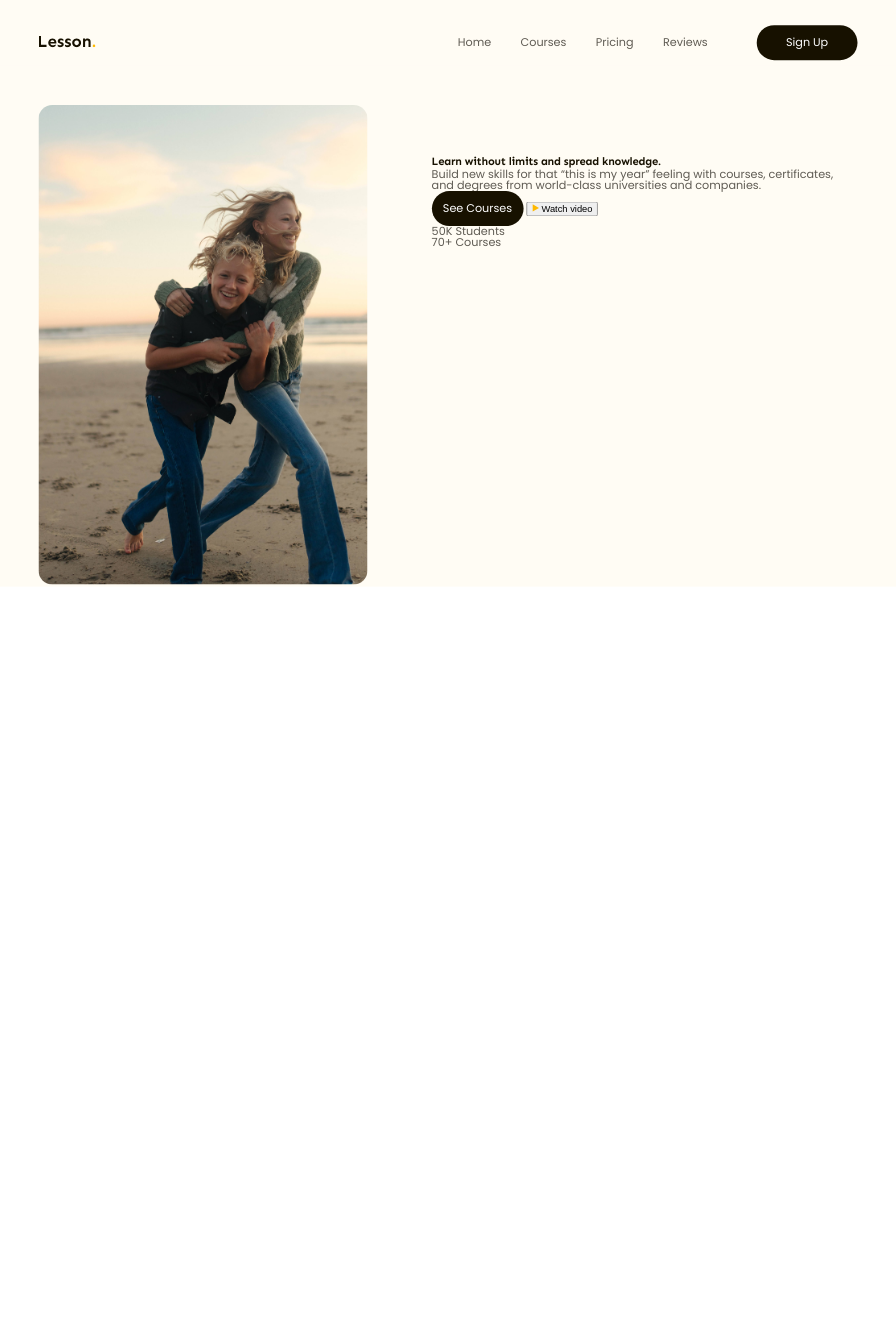
Repository: tinhtranjp/htmlcss-01
Page: index.html
The author's editor kept a copy of each file at every save. The page is drawn from the files as they stood at one save, then again after the next save.
The browser window is 1280 px wide. The pictures show the part of the page from y = 0 to 1920 px (the page is 5000 px tall), at 70% of full size.

Above is the page before, as saved 2023-01-20 05:12:18.

### index.html
<!DOCTYPE html>
<html lang="en">
  <head>
    <meta charset="UTF-8" />
    <meta http-equiv="X-UA-Compatible" content="IE=edge" />
    <meta name="viewport" content="width=device-width, initial-scale=1.0" />
    <title>Project-01</title>
    <link rel="stylesheet" href="./assets/css/reset.css" />
    <link rel="stylesheet" href="./assets/css/base.css" />
    <link rel="stylesheet" href="./assets/css/styles.css" />
    <link rel="preconnect" href="https://fonts.googleapis.com" />
    <link rel="preconnect" href="https://fonts.gstatic.com" crossorigin />
    <link
      href="https://fonts.googleapis.com/css2?family=Poppins:ital,wght@0,400;0,500;0,600;0,700;1,400&family=Sen:wght@700&display=swap"
      rel="stylesheet"
    />
  </head>
  <body>
    <div class="main" style="height: 5000px">
      <!-- Header -->
      <header class="header fixed">
        <div class="content">
          <div class="body">
            <a href=""
              ><img src="./assets/img/Lesson..svg" alt="Lesson." class="logo"
            /></a>

            <nav class="nav">
              <ul class="nav-list">
                <li class="nav-item">
                  <a href="#!">Home</a>
                </li>
                <li class="nav-item">
                  <a href="#!">Courses</a>
                </li>
                <li class="nav-item">
                  <a href="#!">Pricing</a>
                </li>
                <li class="nav-item">
                  <a href="#!">Reviews</a>
                </li>
              </ul>
            </nav>

            <div class="acction">
              <a href="#!" class="btn acction-btn">Sign Up</a>
            </div>
          </div>
        </div>
      </header>

      <!-- Hero -->
      <div class="hero">
        <div class="content">
          <div class="body">
            <div class="media">
              <img
                src="./assets/img/hero-img.jpg"
                alt="Learn without limits and spread knowledge."
                class="img-media"
              />
            </div>
            <div class="info">
              <h1 class="title">Learn without limits and spread knowledge.</h1>
              <p class="desc">
                Build new skills for that “this is my year” feeling with
                courses, certificates, and degrees from world-class universities
                and companies.
              </p>
              <div class="accition">
                <a href="" class="btn">See Courses</a>
                <button>
                  <img src="./assets/img/Polygon 2.svg" alt="" />
                  <span>Watch video</span>
                </button>
              </div>
              <p class="desc"></p>
              <p class="qty"><strong>50K</strong> Students</p>
              <p class="qty"><strong>70+</strong> Courses</p>
            </div>
          </div>
        </div>
      </div>
    </div>
  </body>
</html>

### assets/css/base.css
* {
  box-sizing: border-box;
}

:root {
  --primary-color: #ffb900;
}

html {
  font-size: 62.5%;
}

body {
  font-size: 1.6rem;
  font-family: "Poppins", sans-serif;
  font-weight: 400;
  color: #5f5b53;
}

.content {
  width: 1170px;
  max-width: calc(100% - 48px);
  margin-left: auto;
  margin-right: auto;
}

h1,
h2 {
  font-family: "Sen", sans-serif;
  font-weight: 700;
}

.text-line2 {
  display: -webkit-box;
  -webkit-line-clamp: 2;
  -webkit-box-orient: vertical;
  overflow: hidden;
}

.text-line2.text-line3 {
  -webkit-line-clamp: 3;
}

a {
  text-decoration: none;
}

.btn {
  display: inline-block;
  min-width: 118px;
  padding: 0 16px;
  height: 50px;
  line-height: 50px;
  text-align: center;
  background: #171100;
  border-radius: 25px;
  color: #fff;
}

.btn:hover {
  cursor: pointer;
  opacity: 0.9;
}

### assets/css/styles.css
/* ========================> Header <======================= */

.header {
  padding-top: 28px;
  background: #fffcf4;
}

.fixed {
  position: sticky;
  left: 0;
  top: -28px;
}

.header .logo:hover {
  cursor: pointer;
}

.header .body {
  display: flex;
  align-items: center;
  padding: 8px 0;
}

.header nav {
  margin-left: auto;
}

.header .nav-list {
  display: flex;
  align-items: center;
}

.header .nav-item > a {
  display: inline-block;
  padding: 8px 21px;
  line-height: 1.75;
  color: #5f5b53;
}

.header .nav-item > a::after {
  content: "";
  display: block;
  width: 0;
  height: 1.2px;
  background: var(--primary-color);
  transition: ease 0.4s;
}

.header .nav-item > a:hover::after {
  width: 100%;
}

.header .acction {
  margin-left: 49px;
}

.acction-btn {
  min-width: 144px;
}

.acction-btn:hover {
  background-color: transparent;
  color: #333;
  background-color: var(--primary-color);
  opacity: 0.7;
  transition: ease-in 0.2s;
}

/* ======================> Hero <==================== */

.hero {
  padding-top: 56px;
  background: #fffcf4;
}

.hero .body {
  display: flex;
}

.hero .media {
  width: 48%;
}

.hero .img-media {
  width: 470px;
  height: 685px;
  object-fit: cover;
  border-radius: 20px;
}

.hero .info {
  width: 52%;
}

.hero .info .title {
  margin-top: 72px;
  line-height: 1.17;
  letter-spacing: -0.02em;
  color: #171100;
  width: 470px;
}

Loaded but not shown: assets/css/reset.css (common file)

After the next save:
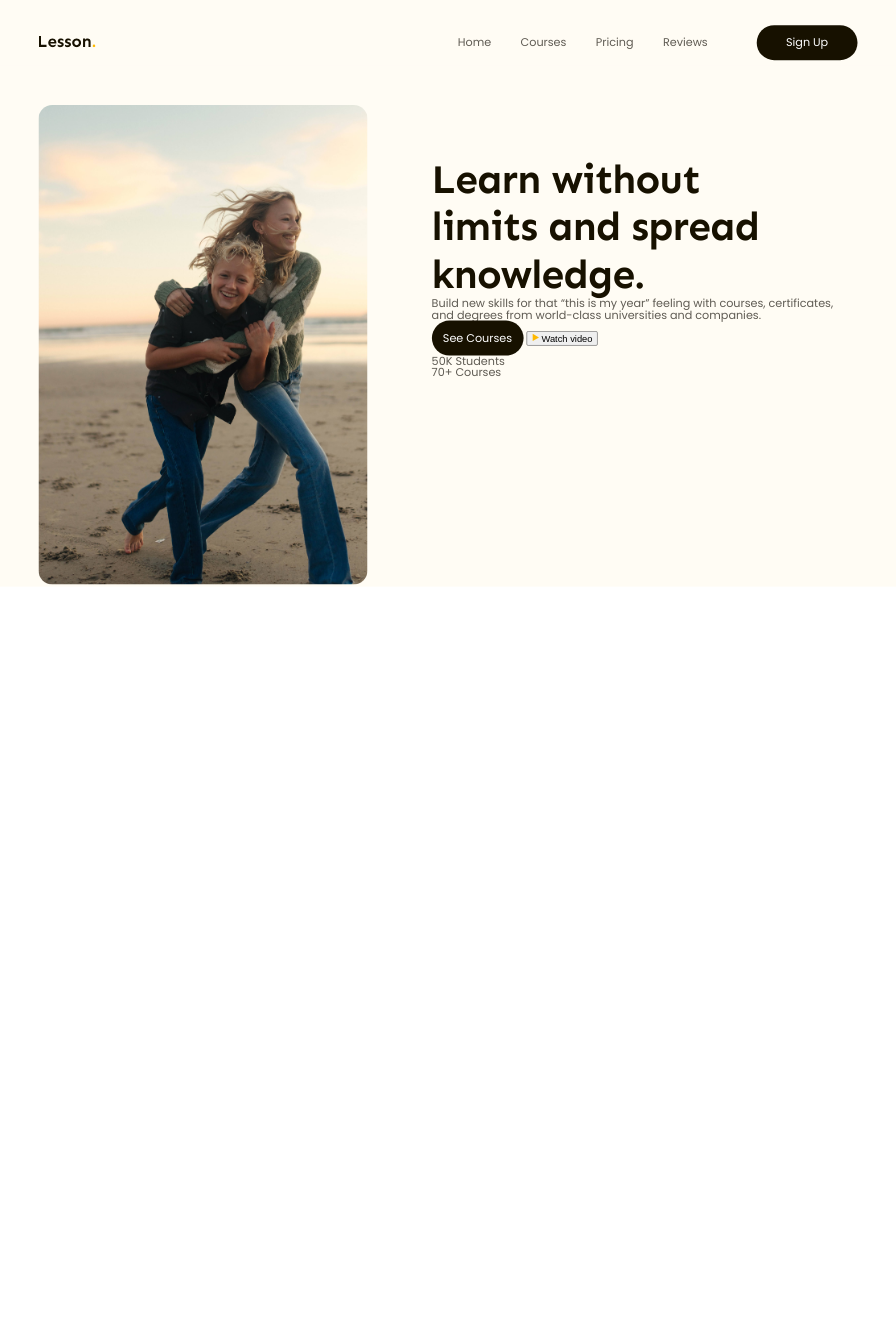
Saved 45 s later.
--- a/assets/css/styles.css
+++ b/assets/css/styles.css
@@ -94,6 +94,7 @@
 
 .hero .info .title {
   margin-top: 72px;
+  font-size: 5.8rem;
   line-height: 1.17;
   letter-spacing: -0.02em;
   color: #171100;
